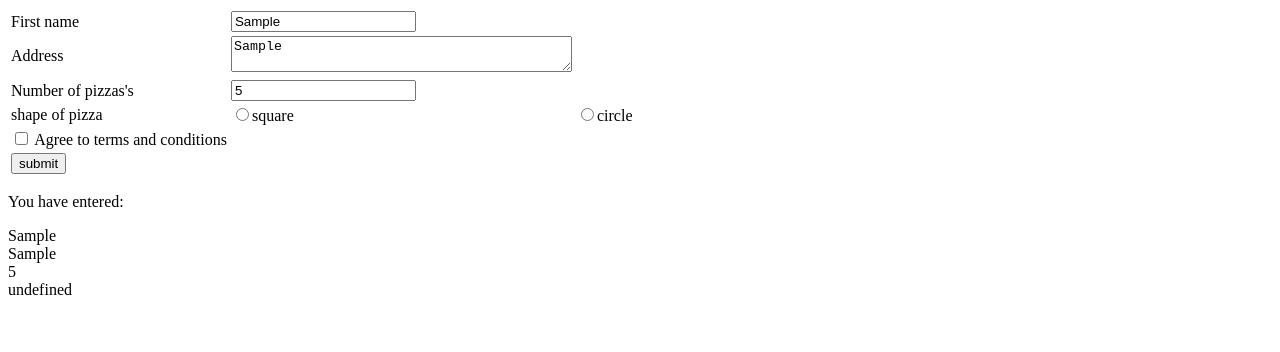
Repository: PoojaShirwaikar/BlockhainTest
Page: javascript/jQueryAssignment2/WebContent/ques12.html
The author's editor kept a copy of each file at every save. The page is drawn from the files as they stood at one save, then again after the next save.
The browser window is 1280 px wide. The pictures show the whole page.
Empty fields were first filled with sample values (such as "Sample", 5 or name@example.com).
After loading, the first visible `#submit1` was clicked once.
Some web libraries are served in a nearby version.

Above is the page before, as saved 2017-11-14 13:10:54.

After the next save:
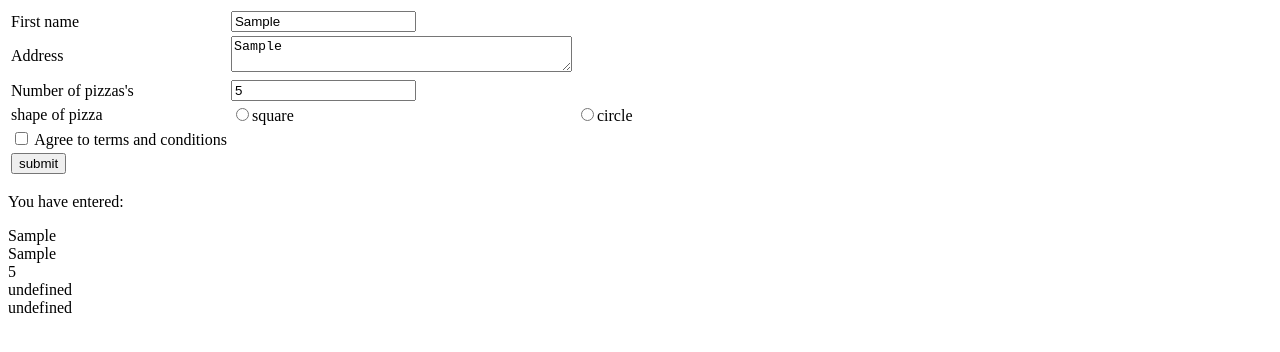
Saved 8 s later.
--- a/javascript/jQueryAssignment2/WebContent/ques12.html
+++ b/javascript/jQueryAssignment2/WebContent/ques12.html
@@ -12,6 +12,7 @@
 					var text = $("#FirstName").val() + "<br>"
 							+ $("#address").val() + "<br>"
 							+ $("#numberofpizza").val() + "<br>"
+							+ $("#shape").val()+ "<br>"
 							+ $("#shape").val();
 
 					$("#div1").html(
